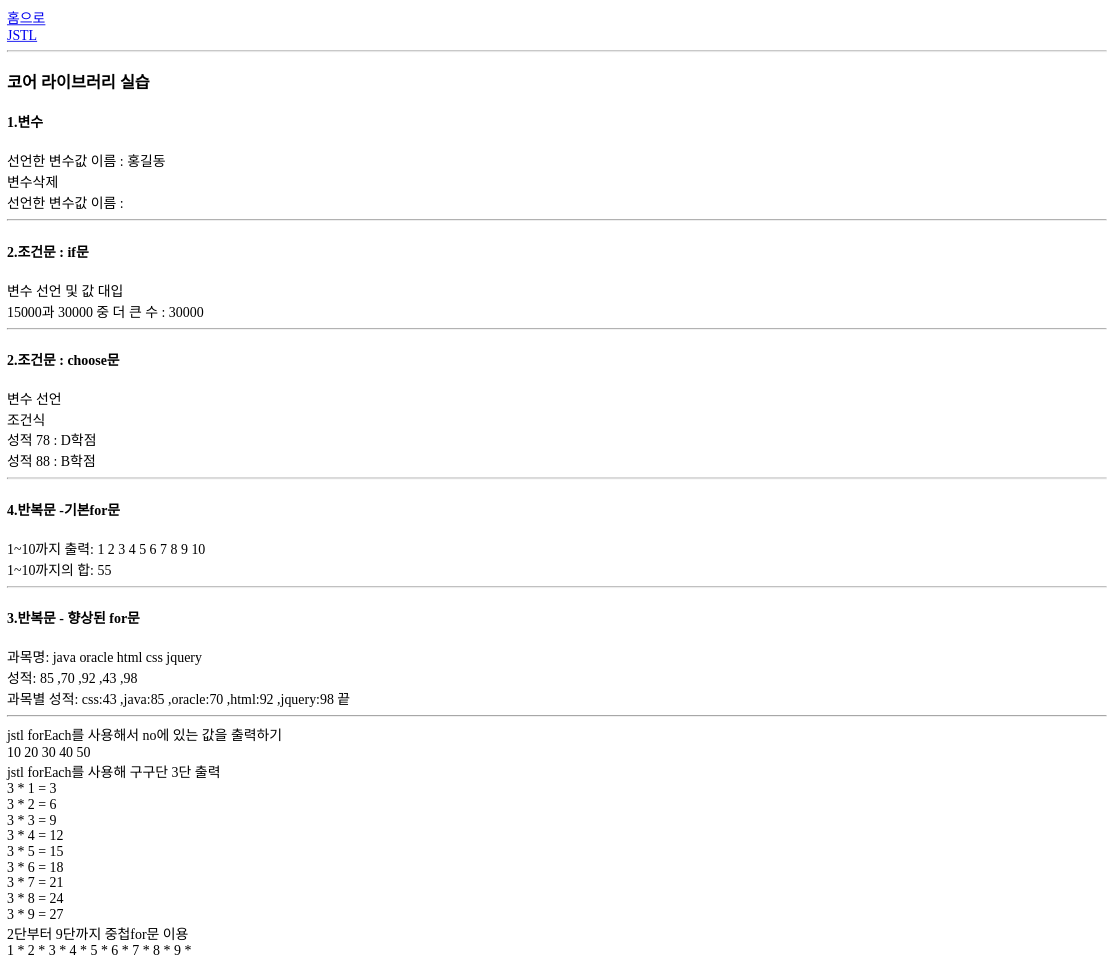
Repository: hyewoon/web
Page: http://localhost/servlet04/jstl/core.jsp
An editor plug-in stored every save of this project. The page is shown before and after the next save, followed by the edit.
The browser window is 1280 px wide. The pictures show the whole page, at 87% of full size.
The page is served by Tomcat 9.

Above is the page before, as saved 2022-11-18 06:04:43.

After the next save:
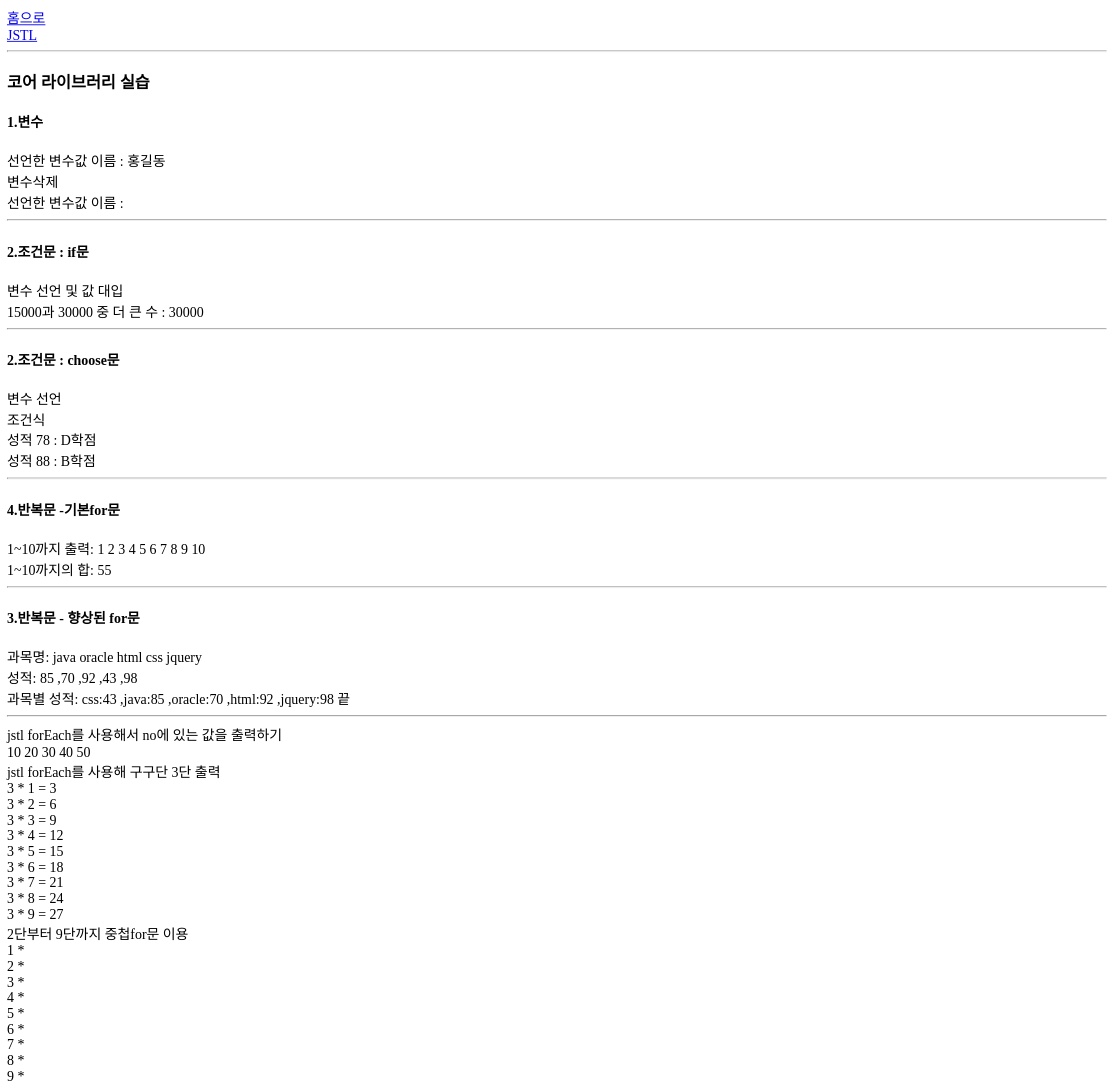
Saved 77 s later.
--- a/servlet04/src/main/webapp/jstl/core.jsp
+++ b/servlet04/src/main/webapp/jstl/core.jsp
@@ -151,7 +151,7 @@ ${no}
 <c:forEach  var = "num2" begin= '1' end = '9' step= '1'>
 	<c:forEach var = "num3" begin ='2' end ='9' step ='1'>
 	</c:forEach>
-	${num2} *${num3}
+	${num2} * ${num3} <br>
 </c:forEach>
 
 
